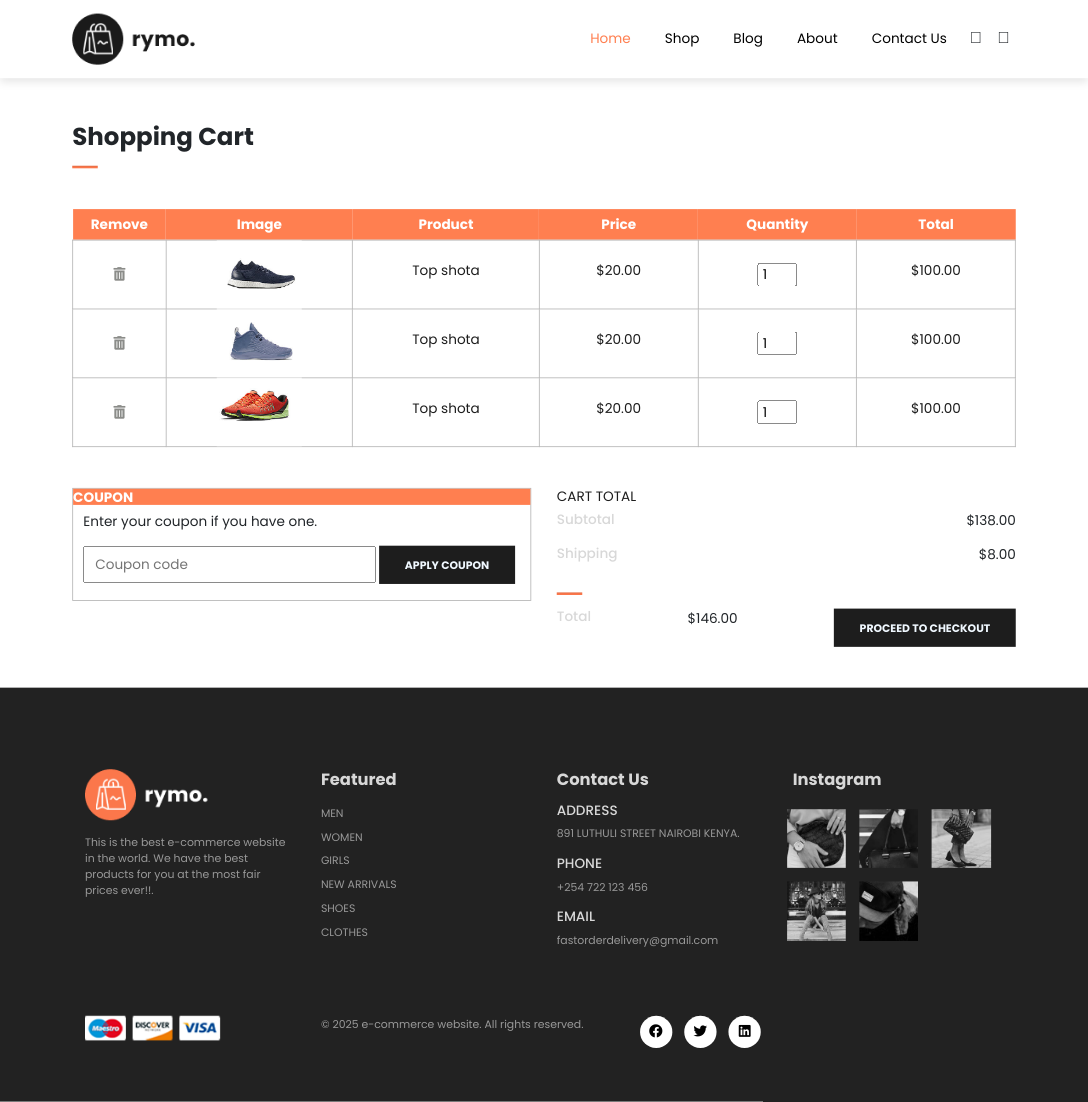
Repository: peter417waweru/e-commerce-UI
Page: cart.html
These files come from the project's save history. The page is drawn as it stood at one moment and after the next save; the edit follows.
The browser window is 1280 px wide. The pictures show the whole page, at 85% of full size.
Some web libraries are served in a nearby version.

Above is the page before, as saved 2025-02-09 09:19:20.
Console error: TypeError: Cannot set properties of undefined (setting 'onclick')

### cart.html
<!DOCTYPE html>
<html lang="en">

    <head>
        <meta charset="UTF-8">
        <meta http-equiv="X-UA-Compatible" content="IE=edge">
        <meta name="viewport" content="width=device-width, initial-scale=1.0">
        <title>Ecommerce Website1</title>

        <link rel="stylesheet" href="https://cdn.jsdelivr.net/npm/bootstrap@4.1.3/dist/css/bootstrap.min.css"
        integrity="sha384-MCw98/SFnGE8fJT3GXwEOngsV7Zt27NXFoaoApmYm81iuXoPkFOJwJ8ERdknLPMO" crossorigin="anonymous">

        <link rel="stylesheet" href="https://pro.fontawesome.com/releases/v5.10.0/css/all.css" />

        <link rel="stylesheet" href="./style.css">
        <link rel="stylesheet" href="./cart.css">
    </head>

    <body>

        <nav class="navbar navbar-expand-lg navbar-light bg-white py-3 fixed-top">
            <div class="container">
              <img src="img/logo1.png" alt="">
              <button class="navbar-toggler" type="button" data-bs-toggle="collapse" data-bs-target="#navbarSupportedContent"
              aria-controls="navbarSupportedContent" aria-expanded="false" aria-label="Toggle navigation">
                <span><i id="bar" class="fas fa-bars"></i></span>
              </button>
              <div class="collapse navbar-collapse" id="navbarSupportedContent">
                <ul class="navbar-nav ml-auto">
                  <li class="nav-item">
                    <a class="nav-link active" aria-current="page" href="#">Home</a>
                  </li>
                  <li class="nav-item">
                    <a class="nav-link" aria-current="page" href="shop.html">Shop</a>
                  </li>
                  <li class="nav-item">
                    <a class="nav-link" aria-current="page" href="blog.html">Blog</a>
                  </li>
                  <li class="nav-item">
                    <a class="nav-link" aria-current="page" href="#">About</a>
                  </li>
                  <li class="nav-item">
                    <a class="nav-link" aria-current="page" href="#">Contact Us</a>
                  </li>
                  <li class="nav-item">
                    <i class="fal fa-search"></i>
                    <i class="fal fa-shopping-bag"></i>
                  </li>


                </ul>

              </div>
            </div>
        </nav>

        <section id="cart-home" class="container pt-5 mt-5">
            <h2 class="font-weight-bold pt-5">Shopping Cart</h2>
            <hr>
        </section>

        <section id="cart-container" class="container my-5">
            <table class="w-100">
                <thead>
                    <tr>
                        <td>Remove</td>
                        <td>Image</td>
                        <td>Product</td>
                        <td>Price</td>
                        <td>Quantity</td>
                        <td>Total</td>
                    </tr>
                </thead>
                <tbody>
                    <tr>
                        <td><a href=""><i class="fas fa-trash-alt"></i></a></td>
                        <td><img src="img/shoes/1.jpg" alt=""></td>
                        <td><h5>Top shota</h5></td>
                        <td><h5>$20.00</h5></td>
                        <td><input class="w-25 pl-1" value="1" type="number"></td>
                        <td><h5>$100.00</h5></td>
                    </tr>
                    <tr>
                        <td><a href=""><i class="fas fa-trash-alt"></i></a></td>
                        <td><img src="img/shoes/2.jpg" alt=""></td>
                        <td><h5>Top shota</h5></td>
                        <td><h5>$20.00</h5></td>
                        <td><input class="w-25 pl-1" value="1" type="number"></td>
                        <td><h5>$100.00</h5></td>
                    </tr>
                    <tr>
                        <td><a href=""><i class="fas fa-trash-alt"></i></a></td>
                        <td><img src="img/shoes/3.jpg" alt=""></td>
                        <td><h5>Top shota</h5></td>
                        <td><h5>$20.00</h5></td>
                        <td><input class="w-25 pl-1" value="1" type="number"></td>
                        <td><h5>$100.00</h5></td>
                    </tr>
                </tbody>
            </table>
        </section>

        <section id="cart-bottom" class="container">
            <div class="row">
                <div class="coupon col-lg-6 col-md-6 col-12 mb-5">
                    <div>
                        <h5>COUPON</h5>
                        <P>Enter your coupon if you have one.</P>
                        <input type="text" placeholder="Coupon code">
                        <button>APPLY COUPON</button>
                    </div>
                </div>
                <div class="total col-lg-6 col-md-6 col-12">
                    <div>
                        <h5>CART TOTAL</h5>
                        <div class="d-flex justify-content-between">
                            <h6>Subtotal</h6>
                            <P>$138.00</P>
                        </div>
                        <div class="d-flex justify-content-between">
                            <h6>Shipping</h6>
                            <P>$8.00</P>
                        </div>
                        <hr class="second-hr">
                        <div class="d-flex justify-content-between">
                            <h6>Total</h6>
                            <P>$146.00</P>
                            <button>PROCEED TO CHECKOUT</button>
                        </div>

                    </div>
                </div>
            </div>
        </section>

        <footer class="mt-5 py-5">
            <div class="row container mx-auto pt-5">
              <div class="footer-one col-lg-3 col-md-6 col-12">
                <img src="img/logo2.png" alt="">
                <p class="pt-3">This is the best e-commerce website in the world.
                   We have the best products for you at the most fair prices ever!!.</p>
              </div>
              <div class="footer-one col-lg-3 col-md-6 col-12">
                <h4 class="pb-2">Featured</h4>
                <ul class="text-uppercase list-unstyled">
                  <li><a href="#">men</a></li>
                  <li><a href="#">women</a></li>
                  <li><a href="#">girls</a></li>
                  <li><a href="#">new arrivals</a></li>
                  <li><a href="#">shoes</a></li>
                  <li><a href="#">clothes</a></li>
                </ul>
              </div>
              <div class="footer-one col-lg-3 col-md-6 col-12 mb-3">
                <h4 class="pb-2">Contact Us</h4>
                <div>
                  <h6 class="text-uppercase">Address</h6>
                <p>891 LUTHULI STREET NAIROBI KENYA.</p>
                </div>
                <div>
                  <h6 class="text-uppercase">Phone</h6>
                <p>+254 722 123 456</p>
                </div>
                <div>
                  <h6 class="text-uppercase">Email</h6>
                <p>fastorderdelivery@gmail.com</p>
                </div>
              </div>
              <div class="footer-one col-lg-3 col-md-6 col-12 mb-3">
                <h4 class="pb-2">Instagram</h4>
                <div class="row">
                  <img class="img-fluid w-25 h-100 m-2" src="img/insta/1.jpg" alt="">
                  <img class="img-fluid w-25 h-100 m-2" src="img/insta/2.jpg" alt="">
                  <img class="img-fluid w-25 h-100 m-2" src="img/insta/3.jpg" alt="">
                  <img class="img-fluid w-25 h-100 m-2" src="img/insta/4.jpg" alt="">
                  <img class="img-fluid w-25 h-100 m-2" src="img/insta/5.jpg" alt="">
                </div>
              </div>
            </div>
            <div class="copyright mt-5">
              <div class="row container mx-auto">
                <div class="col-lg-3 col-md-6 col-12 mb-4">
                  <img class="img-fluid" src="img/payment.png" alt="">
                </div>
                <div class="col-lg-4 col-md-6 col-12 text-nowrap mb-2">
                  <p>© 2025 e-commerce website. All rights reserved.</p>
                </div>
                <div class="col-lg-4 col-md-6 col-12">
                  <a href="#"><i class="fab fa-facebook"></i></a>
                  <a href="#"><i class="fab fa-twitter"></i></a>
                  <a href="#"><i class="fab fa-linkedin"></i></a>
                </div>
              </div>
            </div>
          </footer>




        <script src="https://cdn.jsdelivr.net/npm/@popperjs/core@2.9.1/dist/umd/popper.min.js"
            integrity="sha384-SR1sx49pcuLnqZUnnPwx6FCym0wLsk5JZuNx2bPPENzswTNFaQU1RDvt3wT4gWFG"
            crossorigin="anonymous">
        </script>
        <script src="https://cdn.jsdelivr.net/npm/bootstrap@5.0.0-beta3/dist/js/bootstrap.min.js"
            integrity="sha384-j0CNLUeiqtyaRmlzUHCPZ+Gy5fQu0dQ6eZ/xAww941Ai1SxSY+0EQqNXNE6DZiVc"
            crossorigin="anonymous">
        </script>
        <script src="scripts.js"></script>
    </body>

</html>

### style.css
@import url("https://fonts.googleapis.com/css2?family=Poppins:wght@100;200;300;400;500;600;700;800;900&display=swap");
* {
  margin: 0;
  padding: 0;
  box-sizing: border-box;
}

body {
  font-family: "Poppins", sans-serif;
}

h1 {
  font-size: 2.5rem;
  font-weight: 700;
}

h2 {
  font-size: 1.8rem;
  font-weight: 600;
}

h3 {
  font-size: 1.4rem;
  font-weight: 800;
}

h4 {
  font-size: 1.1rem;
  font-weight: 600;
}

h5 {
  font-size: 1rem;
  font-weight: 400;
  color: #1d1d1d;
}

h6 {
  color: #d8d8d8;
}

hr {
  width: 30px;
  height: 2px;
  background-color: #fb774b;
}

.star {
  padding: 10px 0;
}

.star i{
  font-size: 0.8rem;
  color: goldenrod;
}

button {
  font-size: 0.8rem;
  font-weight: 700;
  outline: none;
  border: none;
  background-color: #1d1d1d;
  color: aliceblue;
  padding: 13px 30px;
  cursor: pointer;
  text-transform: uppercase;
  transition: 0.3s ease;
}

button:hover {
  background-color: #3a3833;
}

hr {
  width: 30px;
  height: 2px;

}

.navbar {
  font-size: 16px;
  background-color: #d8d8d8;
  top: 0;
  left: 0;
  box-shadow: 0 5px 10px rgba(0, 0, 0, 0.1);
}

.navbar-light .navbar-nav .nav-link{
  padding: 0 20px;
  color: black;
  transition: 0.3s ease;
}

.navbar-light .navbar-nav .nav-link:hover,
.navbar i:hover,
.navbar-light .navbar-nav .nav-link.active,
.navbar i.active
{
  color: coral;
}



.navbar i{
  font-size: 1.2rem;
  padding: 0 7px;
  cursor: pointer;
  transition: 0.3s ease;
}

/* Mobile Nav*/


.navbar-light .navbar-toggler{
  border: none;
  outline: none;
}

#bar {
  font-size: 1.5rem;
  padding: 7px;
  cursor: pointer;
  font-weight: 500;
  color: black;
  transition: 0.3s ease;
}

#bar:hover,
#bar.active{
  color: #fff;
}

@media only screen and (max-width: 990px) {

  body > nav > div > button:hover ,
  body > nav > div > button:focus {
    background-color: #fb774b;
  }

  body > nav > div > button:hover #bar,
  body > nav > div > button:focus #bar {
    background-color: #fb774b;
  }

  #navbarSupportedContent > ul {
    margin: 1rem;
    justify-content: flex-end;
    align-items: flex-end;
    text-align: right;
  }

  #navbarSupportedContent > ul > li:nth-child(n) > a {
    padding: 10px 0;
  }
}


#home {
  background-image: url("img/back.jpg");
  width: 100%;
  height: 100vh;
  background-size: cover;
  background-position: top 70px center;
  display: flex;
  flex-direction: column;
  align-items: flex-start;
  justify-content: center;

}

#home span{
  color: coral;
}

#new .one img{
  width: 100%;
  height: 100%;
  background-position: center center;
  background-repeat: no-repeat;
  background-size: cover;
  position: relative;
}


#new .row .one .details{
  position: absolute;
  width: 100%;
  height: 100%;
  top: 0;
  left: 0;
  transition: 0.3s ease;
}

#new .row .one:hover .details{
  cursor: pointer;
  background-color: rgba(255, 178, 178, 0.8);
}

#new .row .one .details button{
 display: inline-block;
 font-size: 14px;
 font-weight: 500;
 color: #2a2a2a;
 background: none;
 text-transform: uppercase;
 border-bottom: 1px solid #2a2a2a;
 padding: 1.5px;
 transform: translateY(70px);
 transition: 0.3s ease;
}

#new .row .one .details button:hover{
  cursor: pointer;
  color: #fff;
  border-bottom: 1px solid #fff;
}

#new .row .one:nth-child(1) .details{
  display: flex;
  justify-content: center;
  flex-direction: column;
  align-items: flex-start;
  text-align: start;
}

#new .row .one:nth-child(2) .details{
  display: flex;
  justify-content: center;
  flex-direction: column;
  align-items: center;
  text-align: center;
}

#new .row .one:nth-child(3) .details{
  display: flex;
  justify-content: center;
  flex-direction: column;
  align-items: flex-end;
  text-align: end;
}

/*Products*/

.product {
  cursor: pointer;
  margin-bottom: 2rem;
}

.product img{
  transition: 0.3s all;

}

.product img:hover{
  opacity: 0.7;
}

.product .buy-btn{
  background: #fb774b;
  transform: translateY(20px);
  opacity: 0;
  transition: 0.3s all;
}
.product:hover .buy-btn{
  transform: translateY(0px);
  opacity: 1;
}

#banner {
  background-image: url("img/banner/2.jpg");
  width: 100%;
  height: 60vh;
  background-size: cover;
  background-position: top 70px center;
  background-repeat: no-repeat;
  background-attachment: fixed;
  display: flex;
  flex-direction: column;
  align-items: flex-start;
  justify-content: center;
}

#banner h4{
  color: #D8D8D8;
}

#banner h1{
  color: #D8D8D8;
}

#banner button{
  background-color: #fb774b;
}

footer{
  background-color: #222222;
}

footer h4 {
  color: #D8D8D8;
  font-size: 1.2rem;
  font-weight: 700;
}

footer li {
  padding-bottom: 4px;
}

footer li a {
  font-size: 0.8rem;
  color: #999;
}

footer li a:hover {
  color: #D8D8D8;
}

footer p{
  color: #999;
  font-size: 0.8rem;
}

footer .copyright a{
  color: #000;
  width: 38px;
  height: 38px;
  background-color: #fff;
  display: inline-block;
  text-align: center;
  line-height: 38px;
  border-radius: 50%;
  transition: 0.3s ease;
  margin: 0 5px;

}

footer .copyright a:hover{
  color: #fff;
  background-color: #fb774b;
}

### cart.css
#cart-container table{
    border-collapse: collapse;
    width: 100%;
    table-layout: fixed;
}

#cart-container table thead{
    font-weight: 650;
}

#cart-container table thead td{
    background-color: coral;
    color: #fff;
    border: none;
    padding: 6px 0;
}

#cart-container table td{
    border: 1px solid #b6b6b6;
    text-align: center;
}

#cart-container table td:nth-child(1){
    width: 100px;
}

#cart-container table td:nth-child(2),
#cart-container table td:nth-child(3){
    width: 200px;
}

#cart-container table td:nth-child(4),
#cart-container table td:nth-child(5),
#cart-container table td:nth-child(6){
    width: 170px;
}

#cart-container table tbody img{
    width: 100px;
    height: 80px;
    object-fit: cover;
}

#cart-container table tbody i{
    color: #8b8c89;
}

#cart-bottom .coupon>div{
    border: 1px solid #b6b6b6;
}

#cart-bottom .coupon h5{
    background-color: coral;
    color: #fff;
    border: none;
    padding: 6px 12;
    font-weight: 700;
}

#cart-bottom .coupon p,
#cart-bottom .coupon input{
    padding: 0 12px;
}

#cart-bottom .coupon input{
    height: 44px;
    margin: 0 0 20px 12px;
}

### scripts.js
var MainImg = document.getElementById('MainImg');
var SmallImg = document.getElementsByClassName('small-img');

SmallImg[0].onclick = function(){
    MainImg.src = SmallImg[0].src;
}
SmallImg[1].onclick = function(){
    MainImg.src = SmallImg[1].src;
}
SmallImg[2].onclick = function(){
    MainImg.src = SmallImg[2].src;
}
SmallImg[3].onclick = function(){
    MainImg.src = SmallImg[3].src;
}

After the next save:
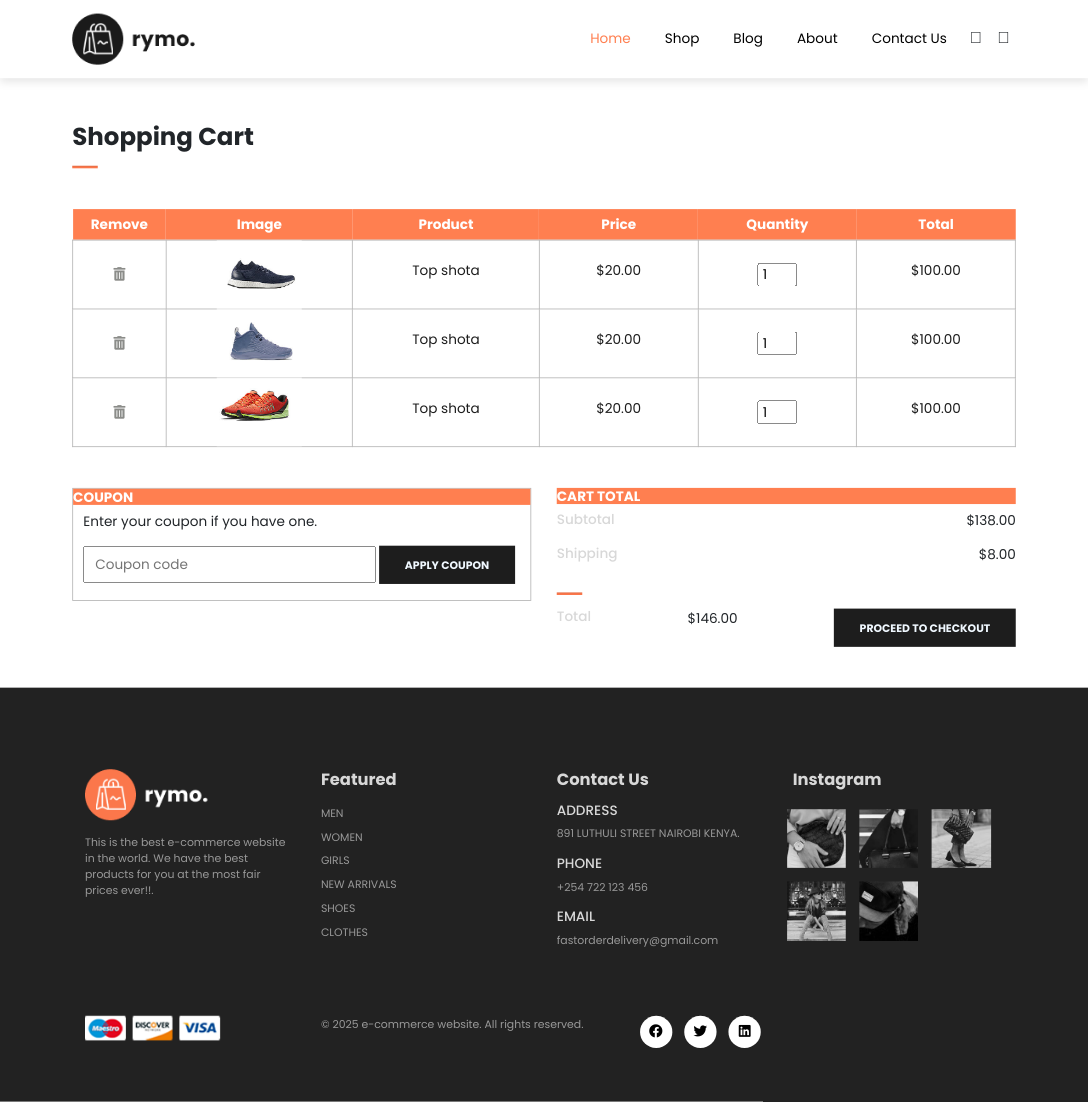
Saved 88 s later.
--- a/cart.css
+++ b/cart.css
@@ -49,7 +49,8 @@
     border: 1px solid #b6b6b6;
 }
 
-#cart-bottom .coupon h5{
+#cart-bottom .coupon h5,
+#cart-bottom .total h5{
     background-color: coral;
     color: #fff;
     border: none;
